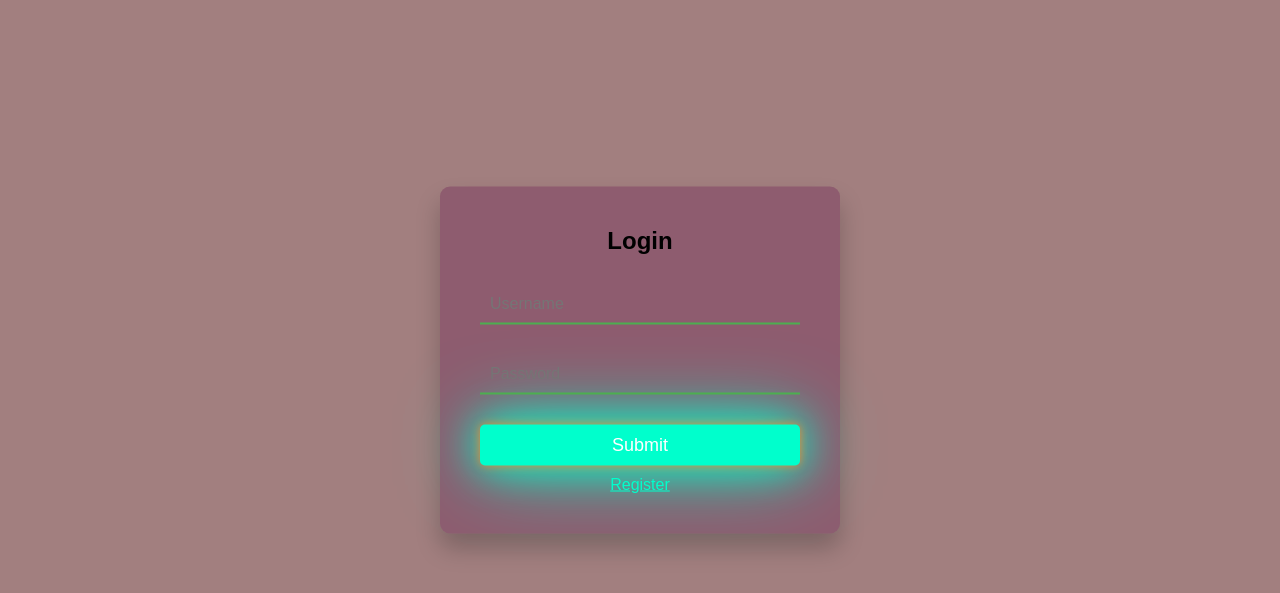
Repository: SRBshakib/Safe-Food---DBMS-project
Page: Organaization/login.html
An editor plug-in stored every save of this project. The page is shown before and after the next save, followed by the edit.
The browser window is 1280 px wide. The pictures show the whole page.
The pointer rests on the first visible `.btn`.

Above is the page before, as saved 2024-11-10 21:58:12.

### Organaization/login.html
<!DOCTYPE html>
<html lang="en">
<head>
    <meta charset="UTF-8">
    <meta name="viewport" content="width=device-width, initial-scale=1.0">
    <title>Welcome to our organization</title>
    <link rel="stylesheet" href="style_login.css"> <!-- Link to the CSS file -->
</head>
<body>
    <div class="login-box">
        <h2>Login</h2>
        <form>
            <div class="textbox">
                <input type="text" placeholder="Username" required>
            </div>
            <div class="textbox">
                <input type="password" placeholder="Password" required>
            </div>
            <button type="submit" class="btn">Submit</button>
            <p class="register">Register</p>
        </form>
    </div>
</body>
</html>

### Organaization/style_login.css

*{

    margin: 0;
    padding: 0;
    box-sizing: border-box;
    font-family: Arial, sans-serif;
}

body {
    display: flex;
    justify-content: center;
    align-items: center;
    height: 100vh;
    background-color: #46000080;
    color: rgb(0, 0, 0);
}

.login-box {
    position: absolute;
    top: 50%;
    left: 50%;
    width: 400px;
    padding: 40px;
    transform: translate(-50%, -50%);
    background: rgba(94, 7, 72, 0.281);
    box-shadow: 0 15px 25px rgba(0, 0, 0, 0.219);
    border-radius: 10px;
    text-align: center;
}

.login-box h2 {
    margin-bottom: 30px;
}

.textbox {
    position: relative;
    margin-bottom: 30px;
    border-bottom: 2px solid #4caf50;
}

.textbox input {
    width: 100%;
    padding: 10px;
    font-size: 16px;
    background: none;
    border: none;
    outline: none;
    color: #fff;
}

.btn {
    display: inline-block;
    width: 100%;
    padding: 10px;
    background: #4caf50;
    border: none;
    outline: none;
    color: #fff;
    font-size: 18px;
    cursor: pointer;
    border-radius: 5px;
    transition: background 0.3s, box-shadow 0.3s;
}

.btn:hover {
    background: #00ffcc;
    box-shadow: 0 0 10px #ff7f29, 0 0 40px #00ffcc, 0 0 80px #00ffcc;
}

.register {
    color: #00ffcc;
    cursor: pointer;
    margin-top: 10px;
    text-decoration: underline;
}

After the next save:
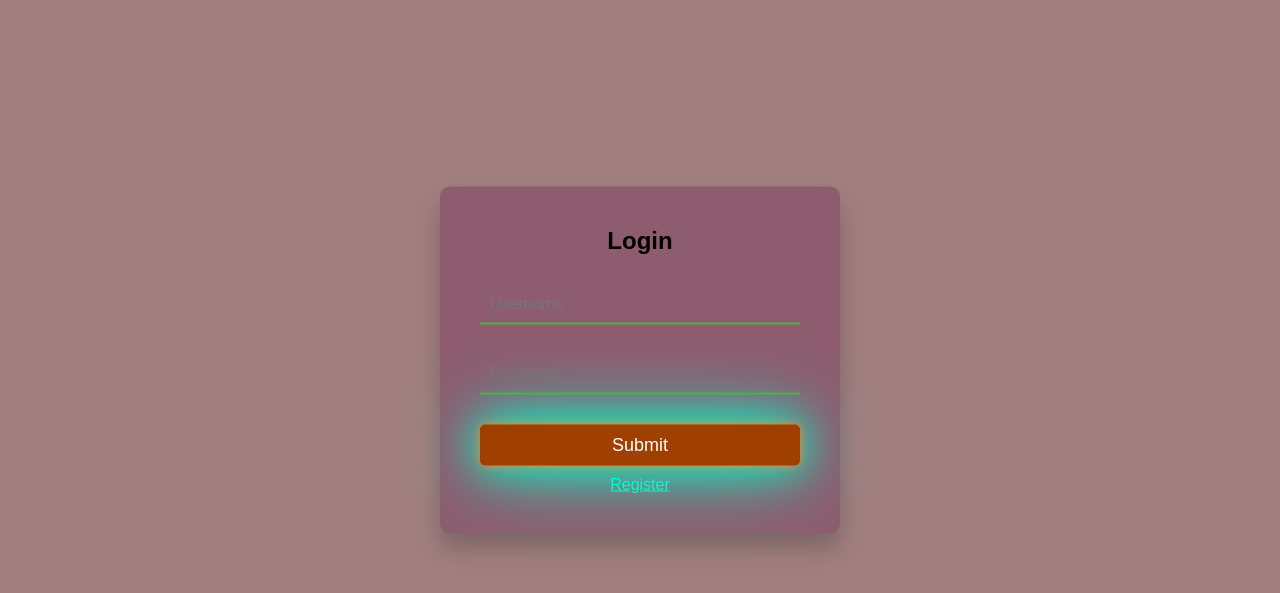
Saved 15 s later.
--- a/Organaization/style_login.css
+++ b/Organaization/style_login.css
@@ -64,7 +64,7 @@ body {
 }
 
 .btn:hover {
-    background: #00ffcc;
+    background: #a04000;
     box-shadow: 0 0 10px #ff7f29, 0 0 40px #00ffcc, 0 0 80px #00ffcc;
 }
 
